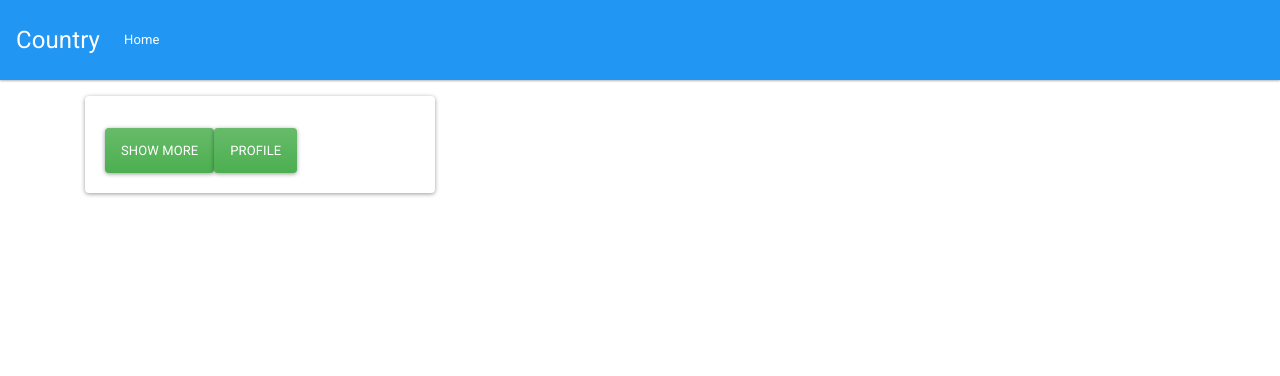
Repository: abdelhak-f/Countries_React
Page: / (app in client/)
An editor plug-in stored every save of this project. The page is shown before and after the next save, followed by the edit.
The browser window is 1280 px wide. The pictures show the whole page.
The page's requests for data from a server got no answer. The project was rebuilt for these pictures with package versions that can differ from the ones it lists, and the page was loaded fresh each time. No one was signed in, and anything a server would have sent is missing.

Above is the page before, as saved 2021-05-06 11:47:32.

After the next save:
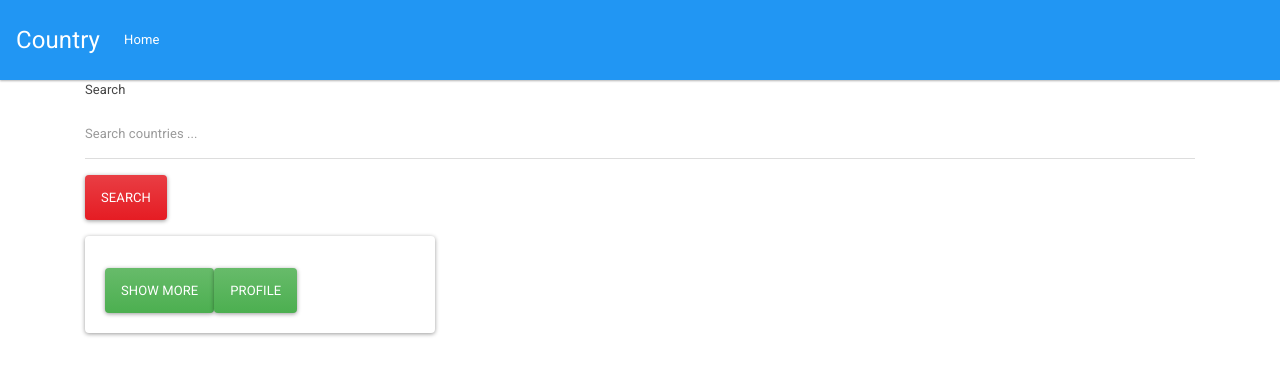
Saved 35 s later.
--- a/client/src/components/Countries.jsx
+++ b/client/src/components/Countries.jsx
@@ -33,7 +33,7 @@ class Countries extends Component {
       <div>
           <div className="row">
               <div className="col-md-12">
-
+       <SearchCountry />
               </div>
           </div>
           <div className="row">
